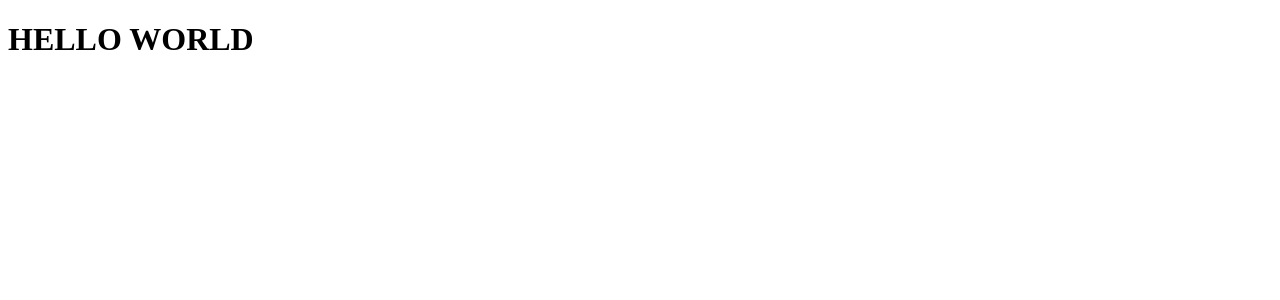
Repository: Deka-al/helloworld
Page: helloworld.html
The author's editor kept a copy of each file at every save. The page is drawn from the files as they stood at one save, then again after the next save.
The browser window is 1280 px wide. The pictures show the whole page.

Above is the page before, as saved 2026-04-06 09:37:20.

### helloworld.html
<!DOCTYPE html>
<html lang="en">
<head>
    <meta charset="UTF-8">
    <meta name="viewport" content="width=device-width, initial-scale=1.0">
    <title>PROFILE</title>
</head>
<body>
    <h1>HELLO WORLD</h1>
    <p></p>
</body>
</html>

After the next save:
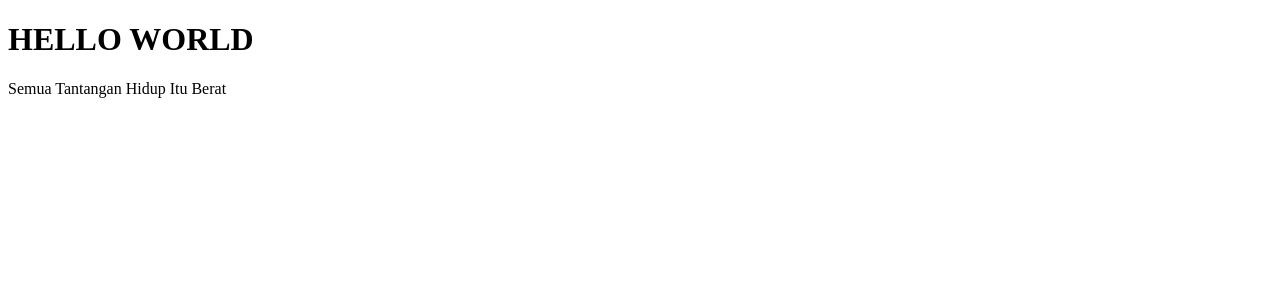
Saved 11 s later.
--- a/helloworld.html
+++ b/helloworld.html
@@ -7,6 +7,6 @@
 </head>
 <body>
     <h1>HELLO WORLD</h1>
-    <p></p>
+    <p>Semua Tantangan Hidup Itu Berat</p>
 </body>
 </html>
